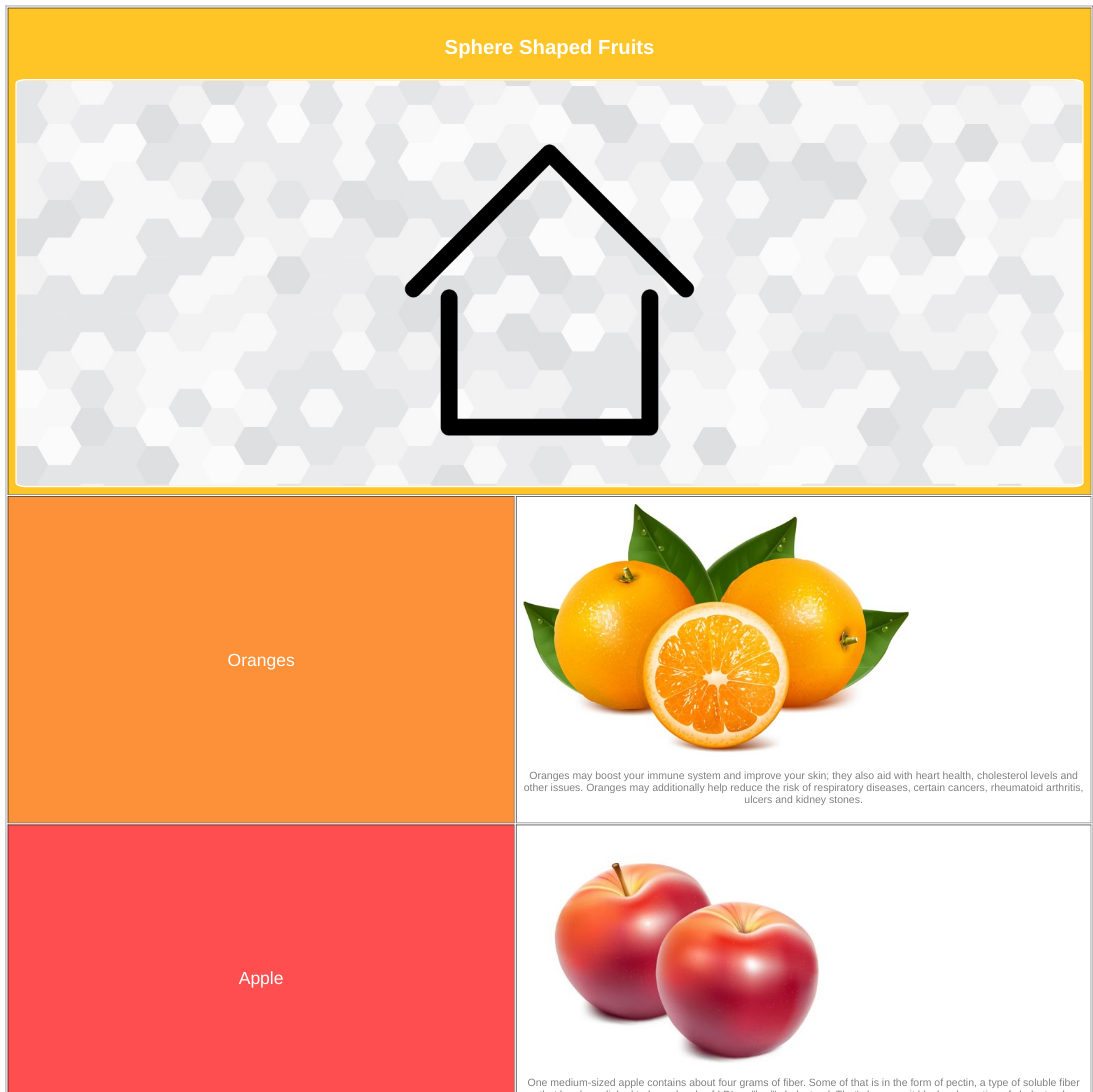
Repository: Milineam6162/workspace
Page: workspace 3/html/second.html
The author's editor kept a record of every edit. The page is drawn from the files as they stood at one moment, then again after the next edit.
The browser window is 1280 px wide. The page is 1562 px wide, then 1280 px, so the pictures cover 1562 px, including what lies to the right of the window. The pictures show the part of the page from y = 0 to 1560 px (the page is 2387 px tall before and 1813 px after), at 70% of full size.

Above is the page before.

After the next edit:
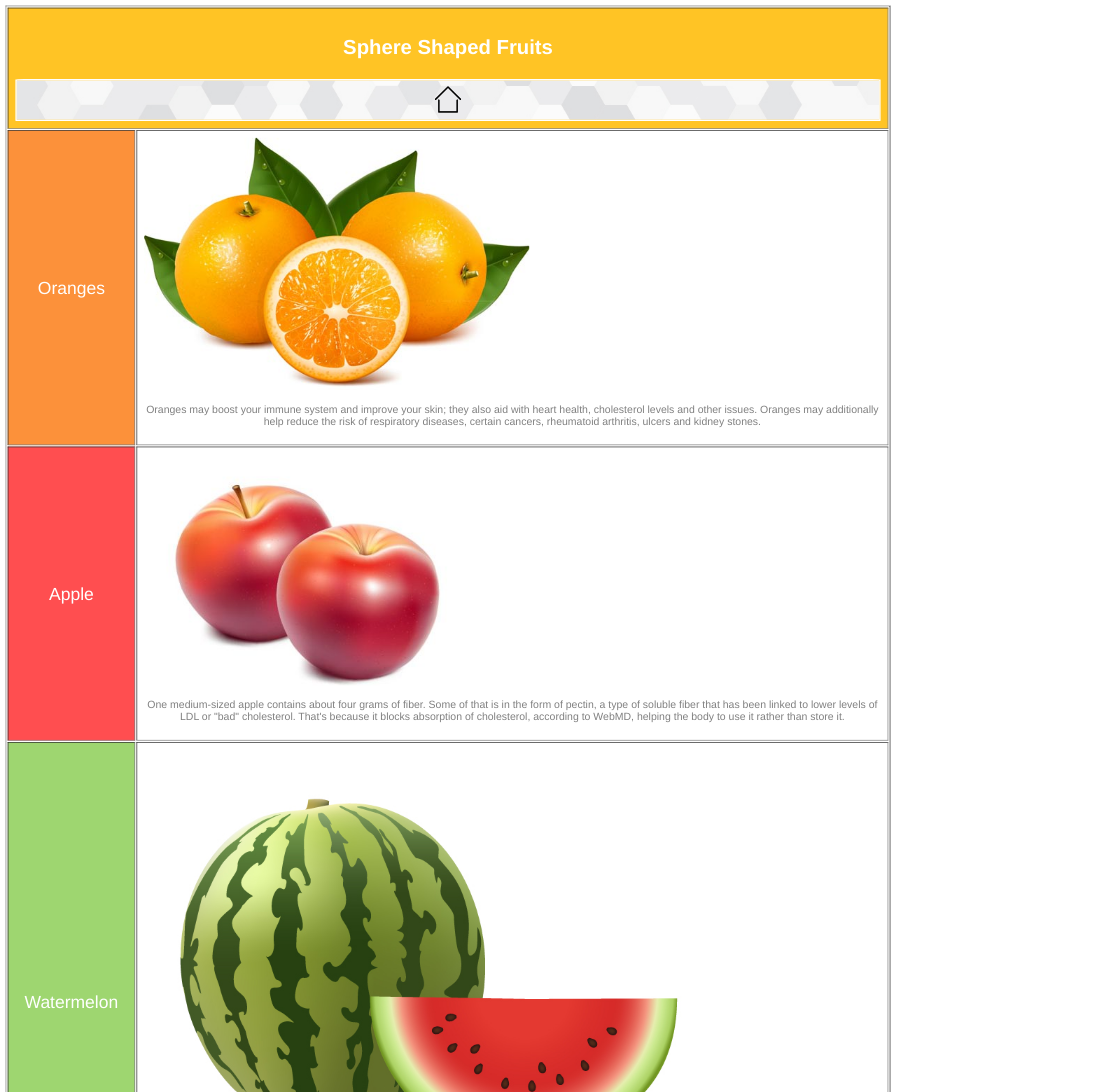
The edit:
--- a/workspace 3/css/page2.css
+++ b/workspace 3/css/page2.css
@@ -37,3 +37,9 @@ a {
     text-decoration:none;
     display:block;
 }
+#home {
+    font-size:20px;
+}
+#homeid {
+    height:52px;
+}
